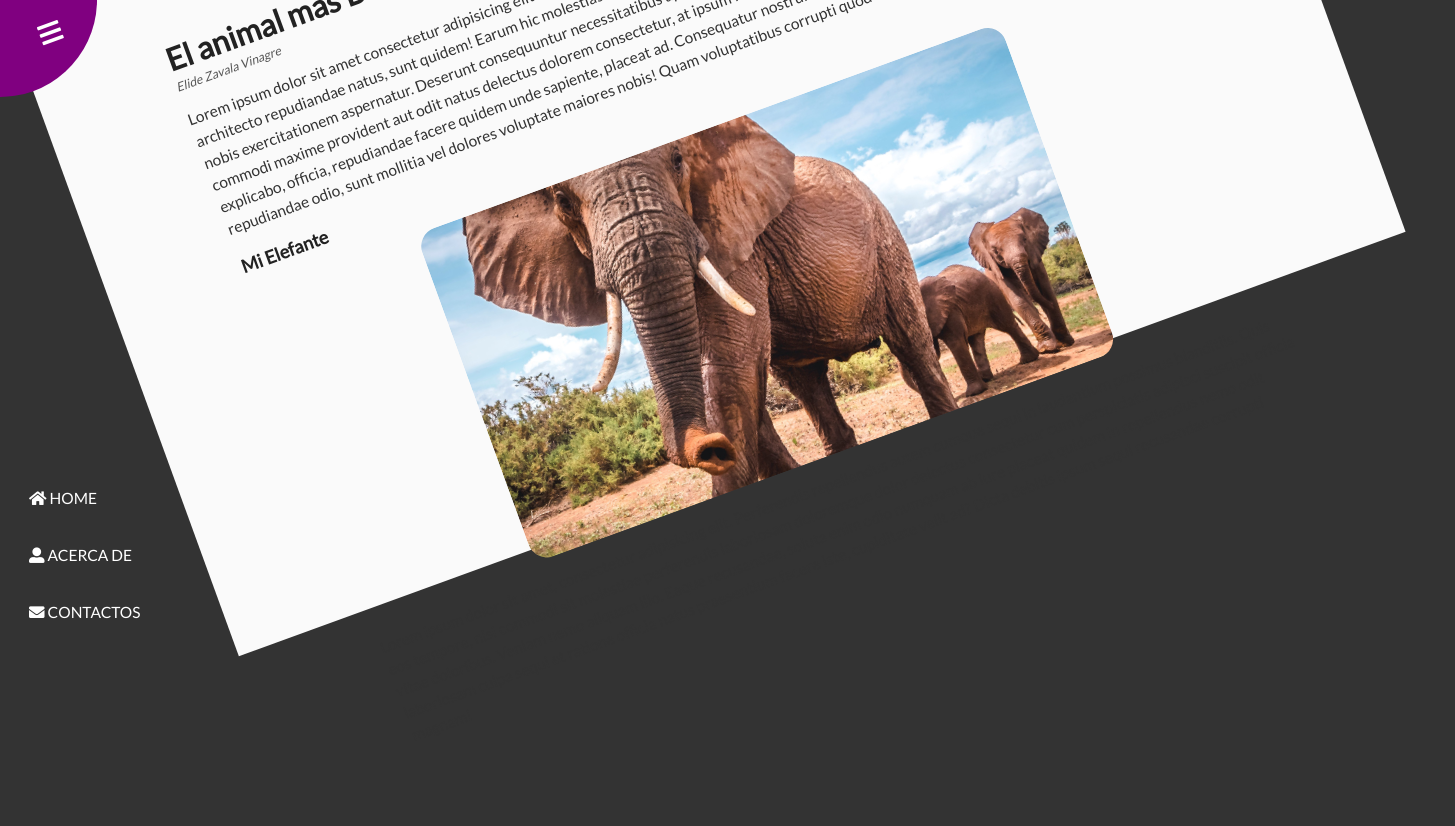
Repository: ElideZavala/Navagacion-en-rotacion
Page: index.html
An editor plug-in stored every save of this project. The page is shown before and after the next save, followed by the edit.
The browser window is 1280 px wide. The page is 1500 px wide, so the pictures cover 1500 px, including what lies to the right of the window. The pictures show the whole page, at 97% of full size.

Above is the page before, as saved 2021-05-29 10:02:28.

After the next save:
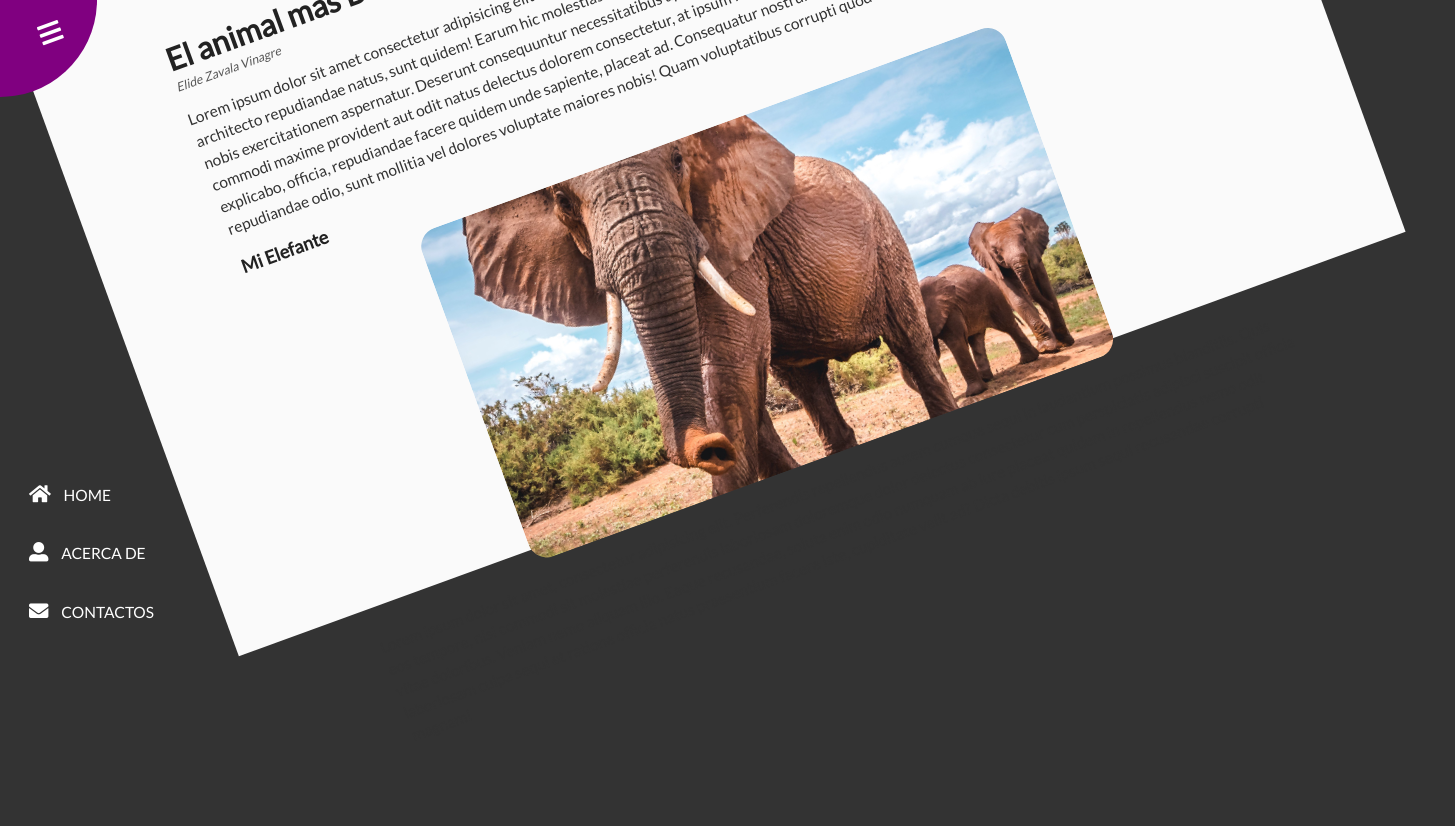
Saved 70 s later.
--- a/style.css
+++ b/style.css
@@ -96,6 +96,11 @@ nav ul li {
 	transition: transform 0.4s ease-in;
 }
 
+nav ul li i {
+	font-size: 20px;
+	margin-right: 10px;
+}
+
 .content {
 	max-width: 1000px;
 	margin: 50px auto;
